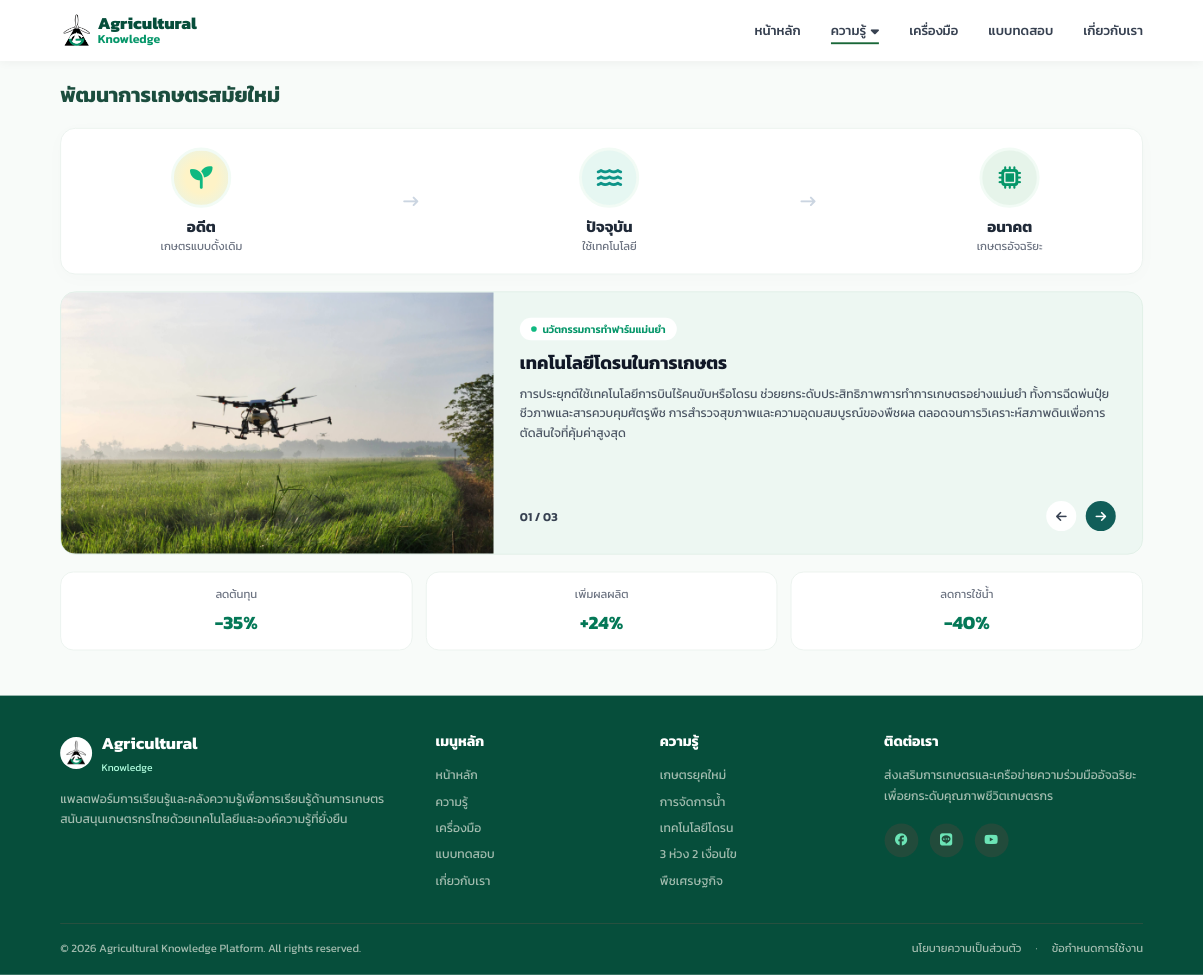
Repository: nuwat-wa/Project-WebdesignAG
Page: ag4.html
The author's editor kept a copy of each file at every save. The page is drawn from the files as they stood at one save, then again after the next save.
The browser window is 1280 px wide. The pictures show the whole page, at 94% of full size.

Above is the page before, as saved 2026-10-03 21:29:35.

After the next save:
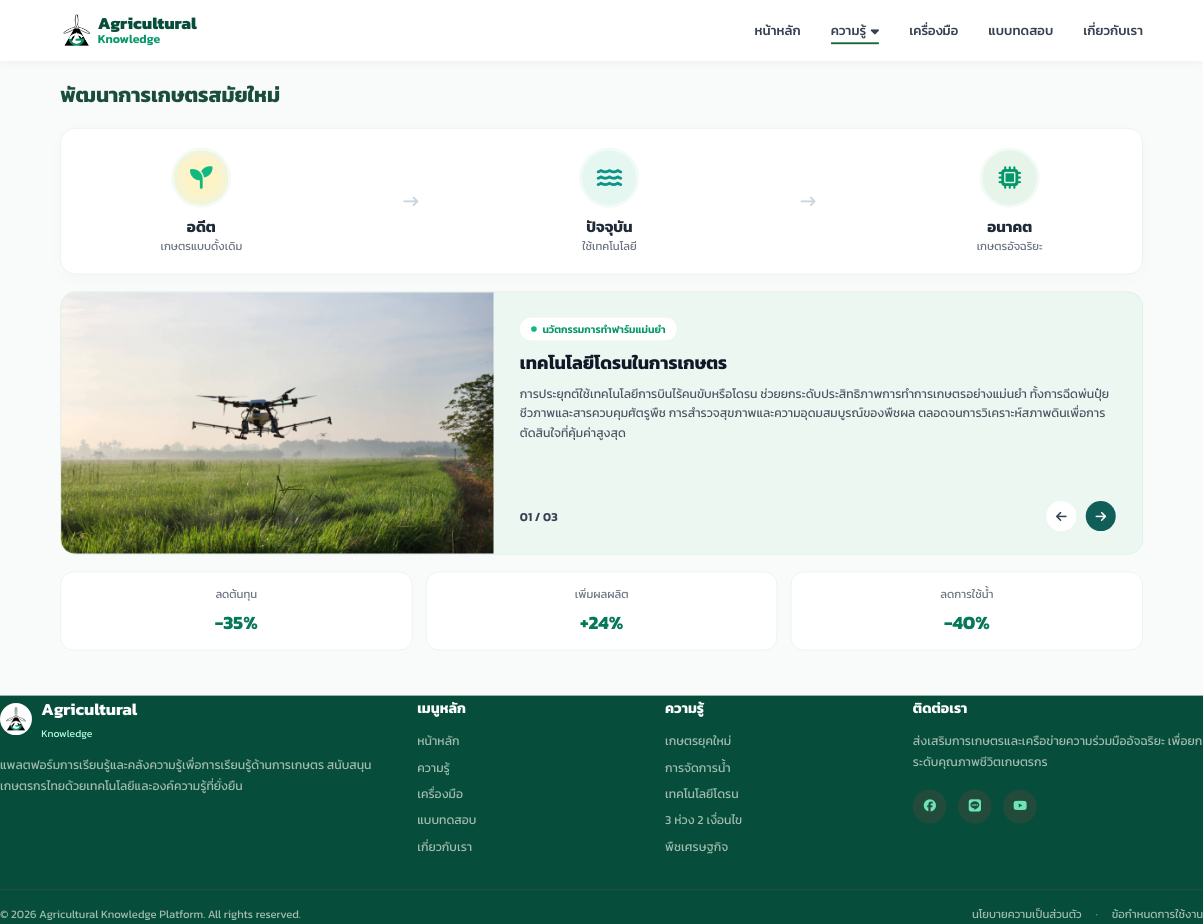
Saved 19 s later.
--- a/style/ag4.css
+++ b/style/ag4.css
@@ -5,10 +5,6 @@
   padding: 0;
   box-sizing: border-box;
   font-family: "Kanit", sans-serif;
-}
-
-:root {
-  --gutter: 5%;
 }
 
 html {
